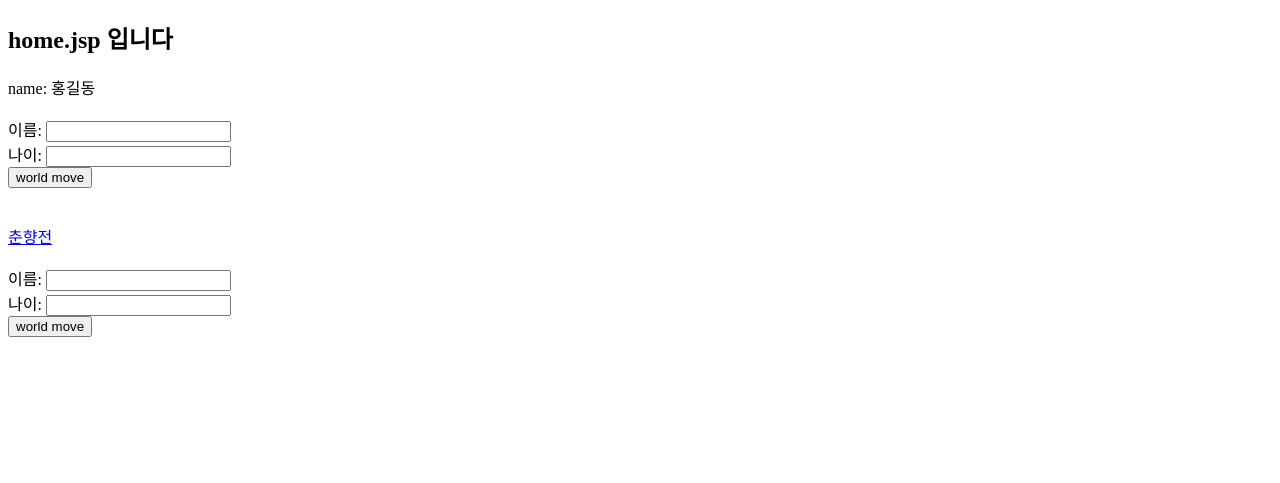
Repository: 0-ssg/chickenstock
Page: http://localhost/springSample2/home.do
The author's editor kept a copy of each file at every save. The page is drawn from the files as they stood at one save, then again after the next save.
The browser window is 1280 px wide. The pictures show the whole page.
The page is served by Tomcat 9.

Above is the page before, as saved 2023-07-11 06:15:44.

After the next save:
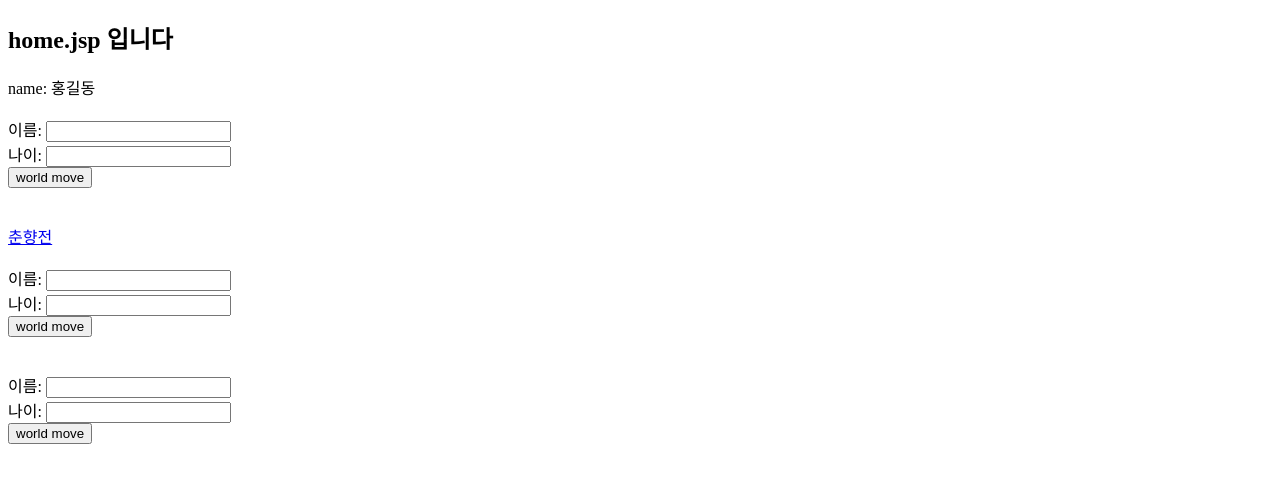
Saved 37 s later.
--- a/springSample2/src/main/webapp/WEB-INF/views/home.jsp
+++ b/springSample2/src/main/webapp/WEB-INF/views/home.jsp
@@ -42,8 +42,16 @@
 
 	list.do
 
-	-> list 출력
+	-> list 를 테이블로 출력
  -->
+
+<br><br>
+
+<form action="list.do" method="post">
+이름: <input type="text" name="name"><br>
+나이: <input type="text" name="age"><br>
+<input type="submit" value="world move">
+</form>
 
 </body>
 </html>
